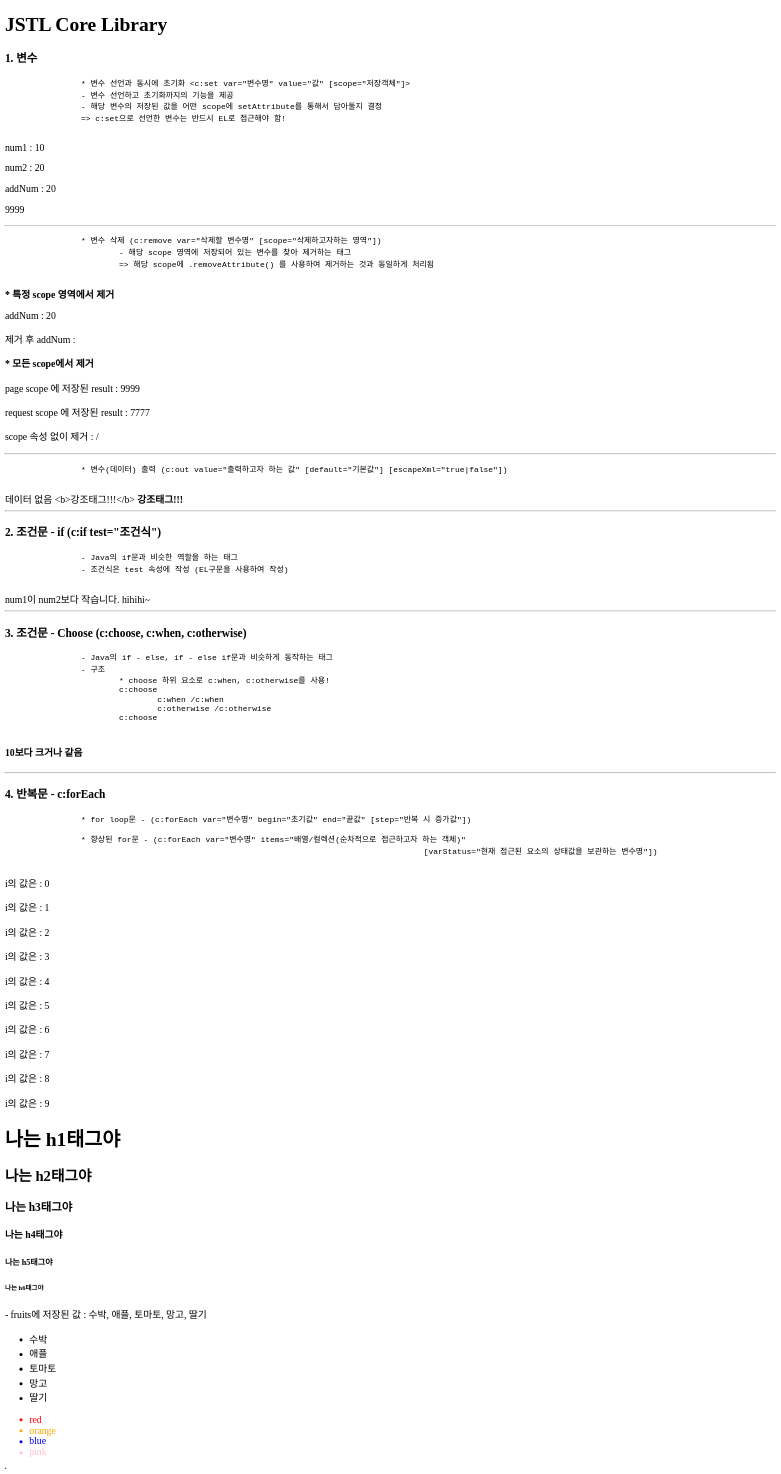
Repository: hailey-516/servlet
Page: http://localhost/3_elAction/views/3_Custom_Action/01_core.jsp
An editor plug-in stored every save of this project. The page is shown before and after the next save, followed by the edit.
The browser window is 1280 px wide. The pictures show the whole page, at 61% of full size.
The page is served by Tomcat 9. Other server files are loaded and not shown.

Above is the page before, as saved 2024-08-27 06:05:11.

### 3_elAction/src/main/webapp/views/3_Custom_Action/01_core.jsp
<%@ page language="java" contentType="text/html; charset=UTF-8"
    pageEncoding="UTF-8"%>
<%@ taglib prefix="c" uri="http://java.sun.com/jsp/jstl/core"%>
<%@ page import="java.util.ArrayList, com.kh.model.vo.Person" %>
<!DOCTYPE html>
<html>
<head>
<meta charset="UTF-8">
<title>Custom Action Tag - Core</title>
</head>
<body>
	<h1>JSTL Core Library</h1>

	<h3>1. 변수</h3>
	<pre>
		* 변수 선언과 동시에 초기화 &lt;c:set var="변수명" value="값" [scope="저장객체"]&gt;
		- 변수 선언하고 초기화까지의 기능을 제공
		- 해당 변수의 저장된 값을 어떤 scope에 setAttribute를 통해서 담아둘지 결정
		=> c:set으로 선언한 변수는 반드시 EL로 접근해야 함!
	</pre>

	<%-- num1 이라는 변수에 10이라는 값을 저장 --%>
	<c:set var="num1" value="10"/> <!-- pageContext.setAttribute("num1", 10) -->

	<%-- request 영역에 num2라는 변수에 20이라는 값을 저장 --%>
	<c:set var="num2" value="20" scope="request"/>

	<p>num1 : ${ num1 } </p>
	<p>num2 : ${ num2 }</p>

	<%-- num1과 num2의 합을 저장한 addNum이라는 변수를 session 영역에 저장 --%>
	<c:set var="addNum" value="${ num1_+ num2 }" scope="session"/>

	<p>addNum : ${ addNum }</p>

	<%-- value 속성 대신 시작태그와 종료태그 사이에 초기값 지정 가능 --%>
	<c:set var="result">
		9999
	</c:set>

	<p>${ result }</p>

	<c:set var="result" value="7777" scope="request"/>
	<hr>

	<pre>
		* 변수 삭제 (c:remove var="삭제할 변수명" [scope="삭제하고자하는 영역"])
			- 해당 scope 영역에 저장되어 있는 변수를 찾아 제거하는 태그
			=> 해당 scope에 .removeAttribute() 를 사용하여 제거하는 것과 동일하게 처리됨
	</pre>

	<%-- addNum 변수를 삭제 --%>
	<b>* 특정 scope 영역에서 제거</b>
	<p>addNum : ${ addNum }</p>
	<c:remove var="addNum" scope="session"/>

	<p> 제거 후 addNum : ${ addNum }</p>


	<b>* 모든 scope에서 제거</b>

	<p> page scope 에 저장된 result : ${ pageScope.result }</p>
	<p> request scope 에 저장된 result : ${ requestScope.result }</p>
	<c:remove var="result"/>

	<p>scope 속성 없이 제거 : ${ pageScope.result } / ${ requestScope.result }</p>

	<hr>

	<pre>
		* 변수(데이터) 출력 (c:out value="출력하고자 하는 값" [default="기본값"] [escapeXml="true|false"])
	</pre>

	<%-- addNum에 저장된 값을 출력 --%>
	<c:out value="${ addNum }" />
	<c:out value="${ addNum }" default="데이터 없음" />

	<%-- outData라는 변수에 "<b>강조태그!!!</b> 값을 저장 --%>
	<c:set var="outData" value="<b>강조태그!!!</b>" />
	<c:out value="${ outData }" /> <%-- excapeXml 속성이 true(기본값) -> 출력데이터에 태그가 포함되어 있는 경우 해석되지 않음 --%>
	<c:out value="${ outData }" escapeXml="false" />

	<hr>

	<h3>2. 조건문 - if (c:if test="조건식")</h3>
	<pre>
		- Java의 if문과 비슷한 역할을 하는 태그
		- 조건식은 test 속성에 작성 (EL구문을 사용하여 작성)
	</pre>

	<%-- num1이 num2보다 큰가? --%>

	<%-- JSTL로 선언된 변수는 접근 불가! (EL로만 접근 가능)
	<% if(num1 > num2) { %>
	<% } %>
	 --%>

	<c:if test="${ num1 > num2 }">
		num1이 num2보다 큽니다.
	</c:if>
	<c:if test="${ num1 lt num2 }">
		num1이 num2보다 작습니다.
	</c:if>

	<c:set var="hi" value="안녕" />
	<%-- hi 변수에 저장된 값이 "안녕"일 경우 hihihi~ 출력
						  그렇지 않은 경우 byebye 출력
	 --%>
	<c:if test="${ hi eq '안녕' }">
	 	hihihi~ <br>
	</c:if>
	<c:if test="${ hi ne '안녕' }">
	 	byebye <br>
	</c:if>

	<hr>

	<h3>3. 조건문 - Choose (c:choose, c:when, c:otherwise)</h3>
	<pre>
		- Java의 if - else, if - else if문과 비슷하게 동작하는 태그
		- 구조
			* choose 하위 요소로 c:when, c:otherwise를 사용!
			c:choose
				c:when /c:when
				c:otherwise /c:otherwise
			c:choose
	</pre>

	<%-- num1의 값이 20보다 크면 "20보다 큼"
					, 10보다 크거나 같으면 "10보다 크거나같음"
					, 그렇지 않으면 "10보다 작음" 을 출력 --%>

	<%--
	<% if (num1 > 20) { %>
		20보다 큼
	<% } else if (num1 >= 10) { %>
	<% } %>
	 --%>

	<c:choose>
		<c:when test="${ num1 gt 20 }">
			<h3>20보다 큼</h3>
		</c:when>
		<c:when test="${ num2 ge 10 }"> <%-- num1 >= 10 --%>
			<h4>10보다 크거나 같음</h4>
		</c:when>
		<c:otherwise>10보다 작음</c:otherwise>
	</c:choose>

	<hr>
	<h3>4. 반복문 - c:forEach</h3>
	<pre>
		* for loop문 - (c:forEach var="변수명" begin="초기값" end="끝값" [step="반복 시 증가값"])

		* 향상된 for문 - (c:forEach var="변수명" items="배열/컬렉션(순차적으로 접근하고자 하는 객체)"
											[varStatus="현재 접근된 요소의 상태값을 보관하는 변수명"])
	</pre>

	<%--
	<%
		for(int i=0; i<10; i++) {
	%>
		<p>i의 값은 : <%= i %></p>
	<% } %>
	--%>
	<c:forEach var="i" begin="0" end="9">
		<p>i의 값은 : ${ i }</p>
	</c:forEach>
	<%-- h1 ~ h6 태그를 출력하는데, "나는 hx태그야" --%>
	<c:forEach var="t" begin="1" end="6">
		<h${ t }> 나는 h${ t }태그야 </h${ t }>
	</c:forEach>

	<c:set var="fruits">
		수박, 애플, 토마토, 망고, 딸기
	</c:set>

	- fruits에 저장된 값 : ${ fruits }

	<ul>
		<c:forEach var="f" items="${ fruits }">
			<li>${ f }</li>
		</c:forEach>
	</ul>

	<%--
		colors라는 변수에 4가지의 색상을 콤마(,)로 구분하여 저장
		목록 태그로 해당 글자 색상을 출력
	 --%>
	 <c:set var="colors">
	 	red, orange, blue, pink
	 </c:set>

	 <ul>
	 	<c:forEach var="c" items="${ colors }">
	 		<li style="color: ${ c };">${ c }</li>
	 	</c:forEach>
	 </ul>

	 <%
	 	ArrayList<Person> list = new ArrayList<>();

	 	list.add(new Person("기다운", 30, "남자"));
	 	list.add(new Person("양준혁", 26, "남자"));
	 	list.add(new Person("카리나", 25, "여자"));
	 %>

	 <%-- request.setAttribute("pList", list); --%>
	 <c:set var="pList" value="<%= list %>" scope="request"/>

	 <table border="1">

	 </table>

	</body>
</html>

### 3_elAction/src/main/java/com/kh/model/vo/Person.java
package com.kh.model.vo;

public class Person {
	// 필드부 (변수)
	private String name;
	private int age;
	private String gender;

	// 생성자부
	public Person() {

	}

	public Person(String name, int age, String gender) {
		this.name = name;
		this.age = age;
		this.gender = gender;
	}

	// 메소드부
	// getter/setter
	public String getName() {
		return name;
	}

	public void setName(String name) {
		this.name = name;
	}

	public int getAge() {
		return age;
	}

	public void setAge(int age) {
		this.age = age;
	}

	public String getGender() {
		return gender;
	}

	public void setGender(String gender) {
		this.gender = gender;
	}

	// toString() => 필드부에 저장된 값들을 확인하는 용도
	@Override
	public String toString() {
		return "Person [name=" + name + ", age=" + age + ", gender=" + gender + "]";
	}

}

After the next save:
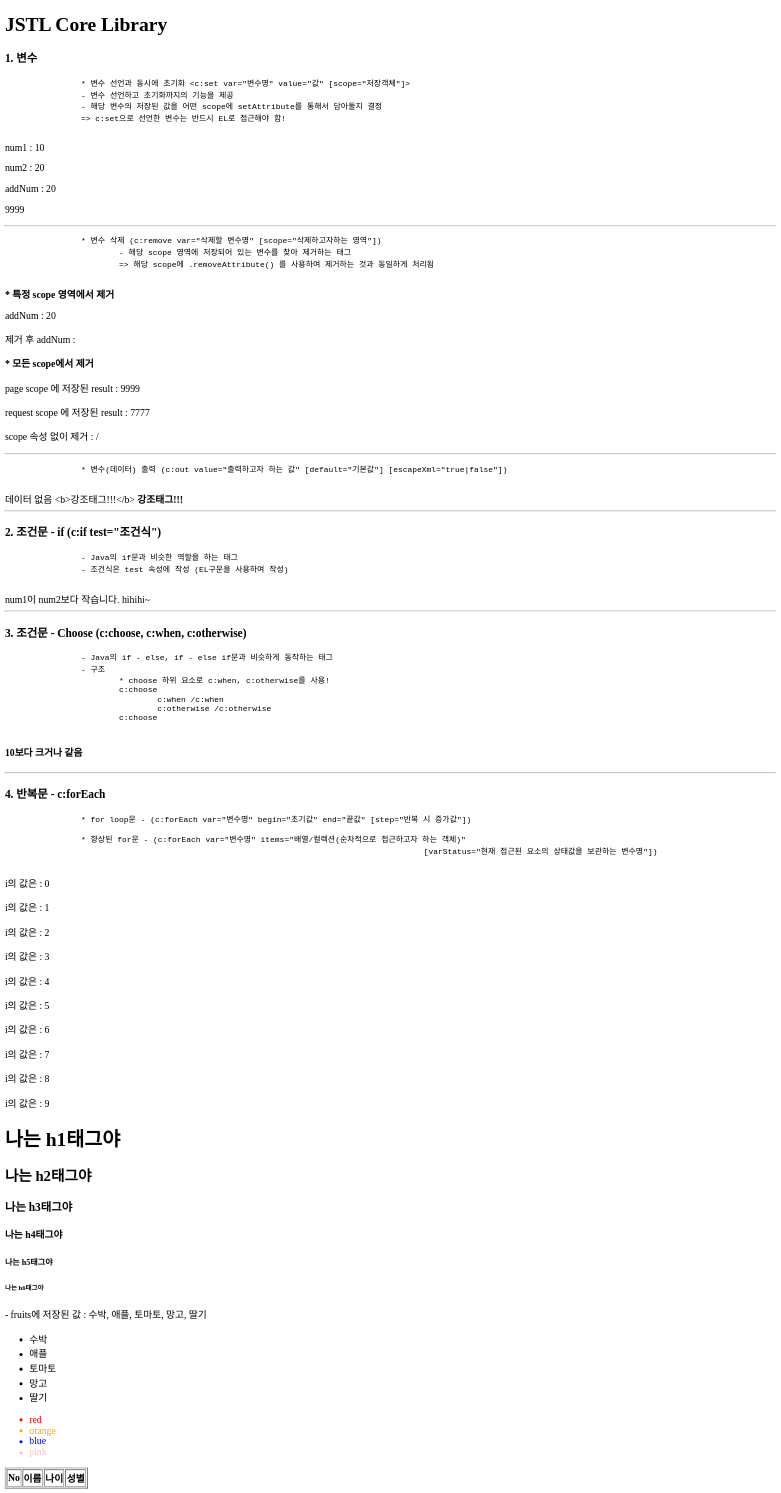
Saved 85 s later.
--- a/3_elAction/src/main/webapp/views/3_Custom_Action/01_core.jsp
+++ b/3_elAction/src/main/webapp/views/3_Custom_Action/01_core.jsp
@@ -209,7 +209,14 @@
 	 <c:set var="pList" value="<%= list %>" scope="request"/>
 
 	 <table border="1">
-
+	 	<thead>
+	 		<tr>
+	 			<th>No</th>
+	 			<th>이름</th>
+	 			<th>나이</th>
+	 			<th>성별</th>
+	 		</tr>
+	 	</thead>
 	 </table>
 
 	</body>
